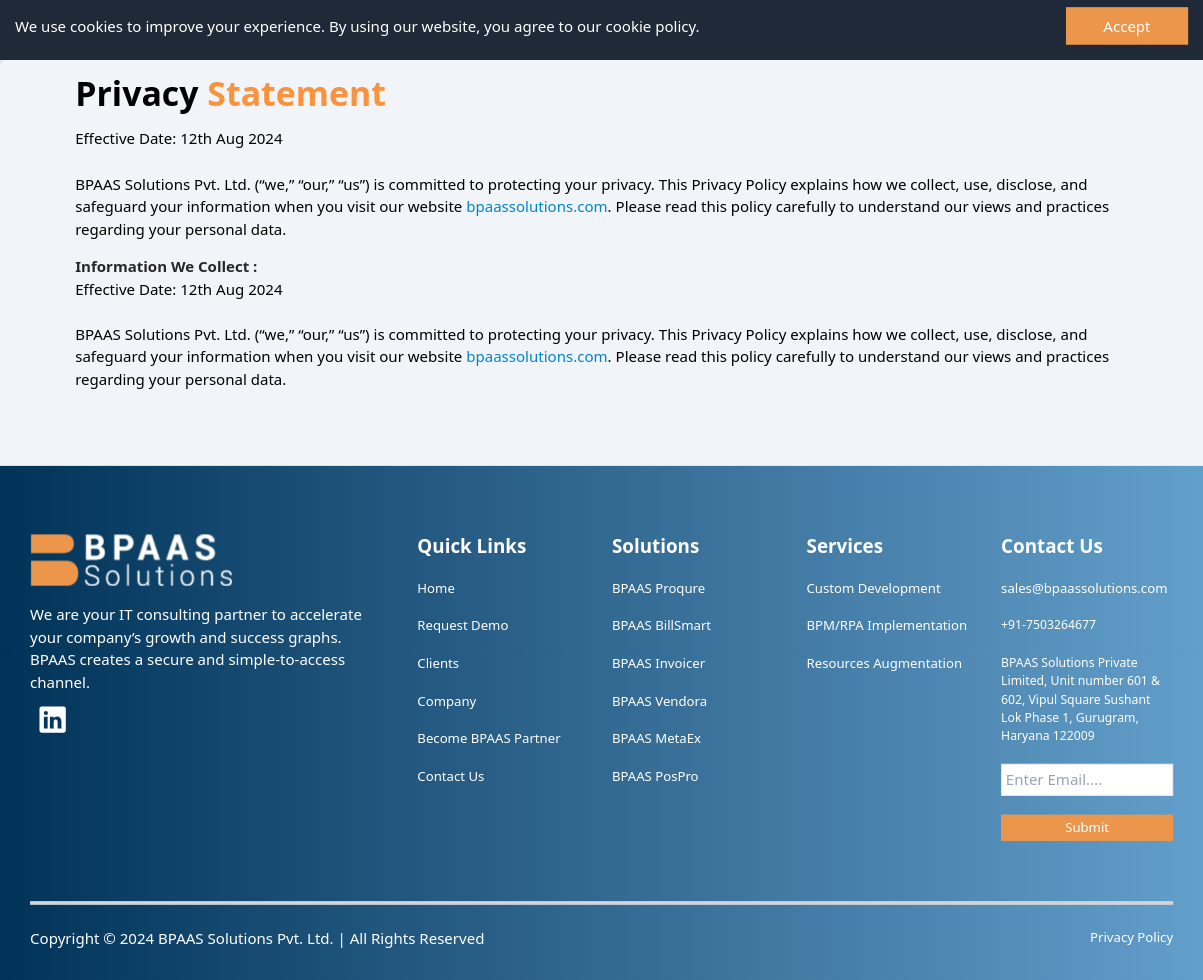
Repository: captainalpha/BP-Website
Page: /services/bp-services
An editor plug-in stored every save of this project. The page is shown before and after a run of saves, followed by the edit.
The browser window is 1280 px wide. The pictures show the part of the page from y = 656 to 1714 px (the page is 1699 px tall before and 1714 px after), at 94% of full size.
The project was rebuilt for these pictures with package versions that can differ from the ones it lists, and the page was loaded fresh each time. The framework's server and built-in components were replaced by stand-ins that run in the browser. Also part of the build but not shown: next.config.js, components/common/TopBanner.js, components/common/SectionHeader.js.

Above is the page before, as saved 2024-08-13 15:19:53.

After the next 2 saves:
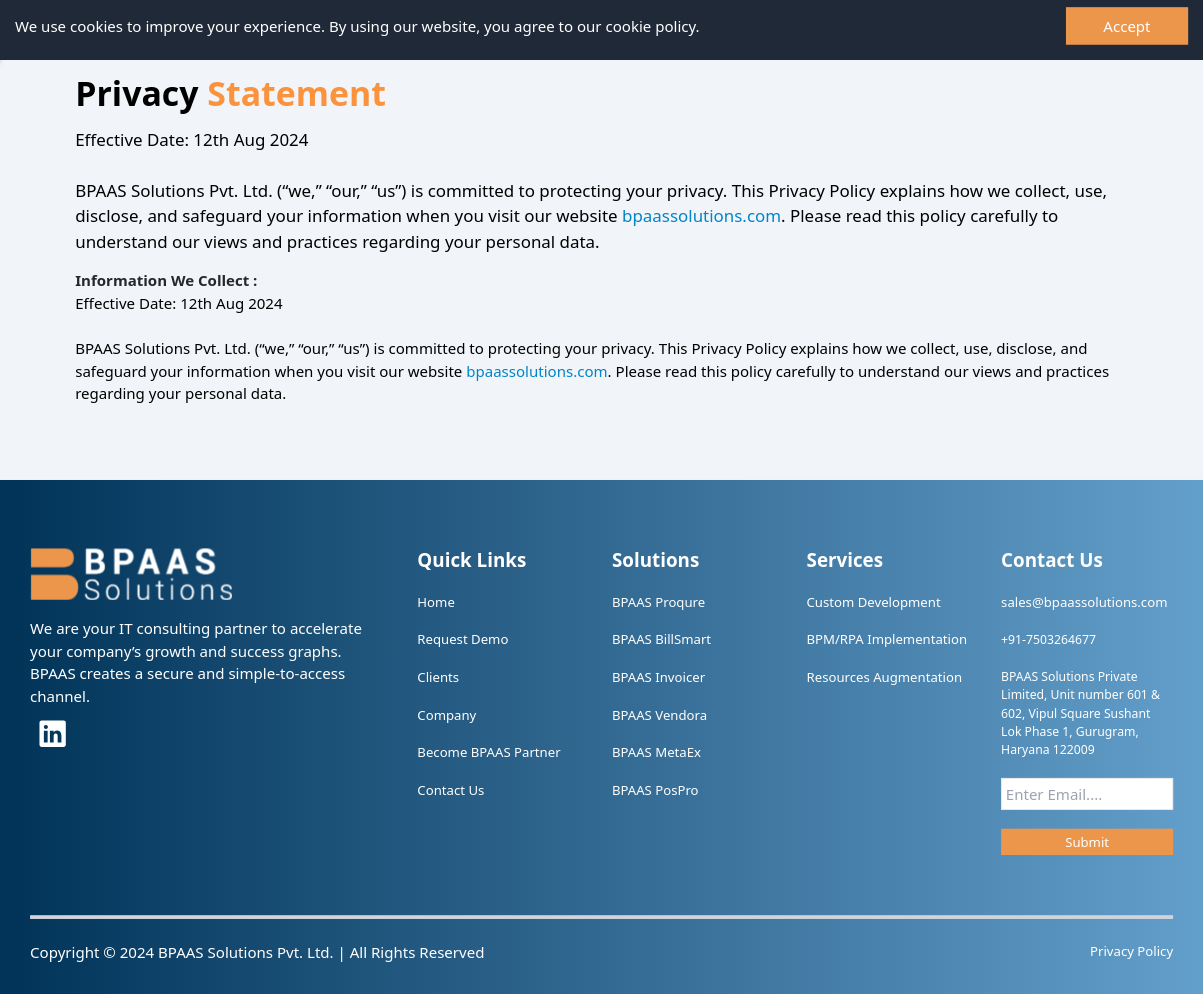
The 2 saves are shown as one change because they came seconds apart.
The last was saved 14 s later.
--- a/pages/services/bp-services.js
+++ b/pages/services/bp-services.js
@@ -35,7 +35,7 @@
           </div>
           <div className="mt-4">
             {/* <h1 className="text-1xl font-bold text-zinc-800">Objective:</h1> */}
-            <p className="text-1xl">
+            <p className="text-[18px]">
               Effective Date: 12th Aug 2024 <br/><br/> BPAAS Solutions Pvt. Ltd. (“we,”
               “our,” “us”) is committed to protecting your privacy. This Privacy
               Policy explains how we collect, use, disclose, and safeguard your
